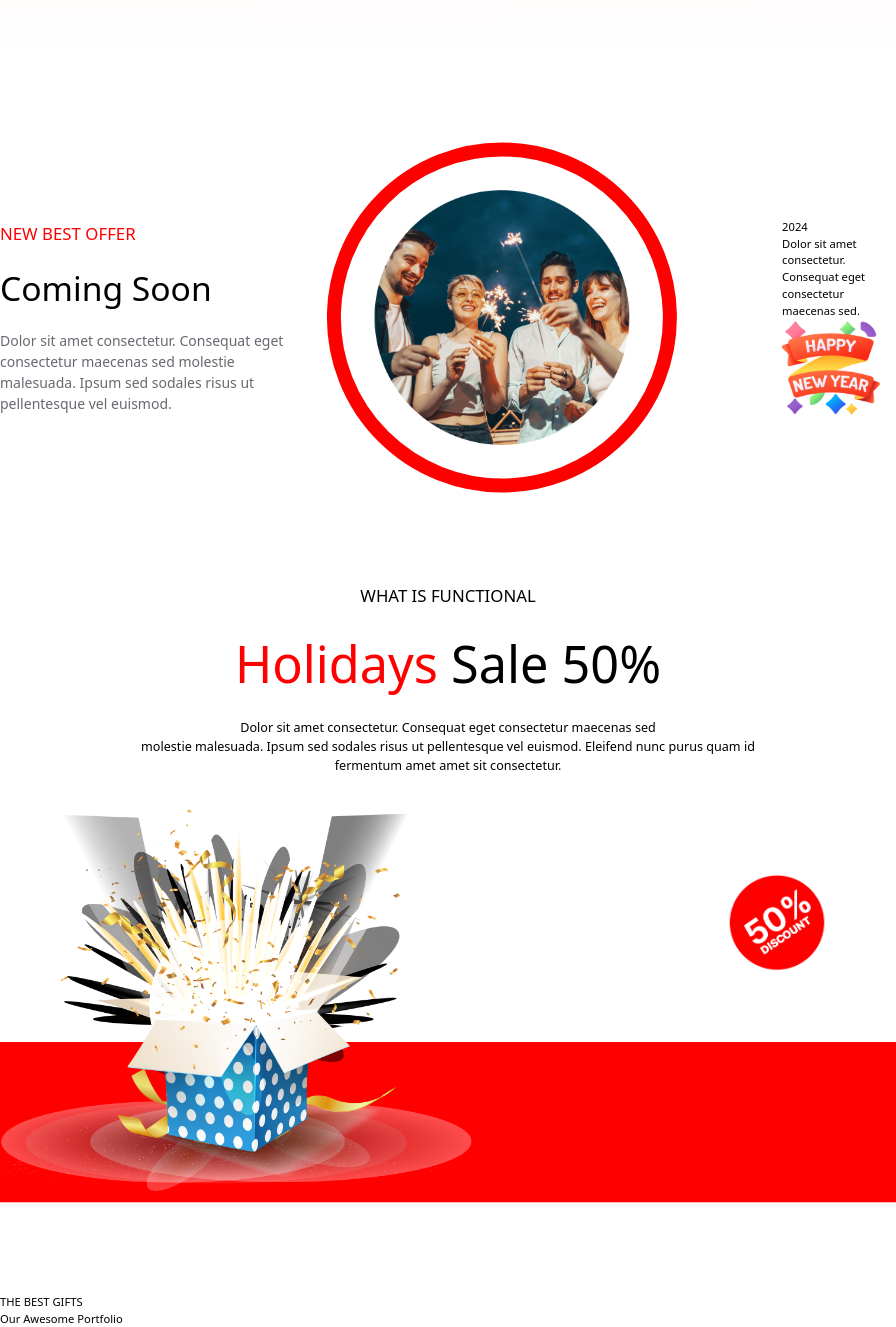
Repository: nahid-hasann/landing-page-1
Page: index.html
An editor plug-in stored every save of this project. The page is shown before and after the next save, followed by the edit.
The browser window is 1280 px wide. The pictures show the part of the page from y = 2821 to 4741 px (the page is 4717 px tall before and 4741 px after), at 70% of full size.
Some web libraries are served in a nearby version.

Above is the page before, as saved 2025-07-09 21:12:15.

After the next save:
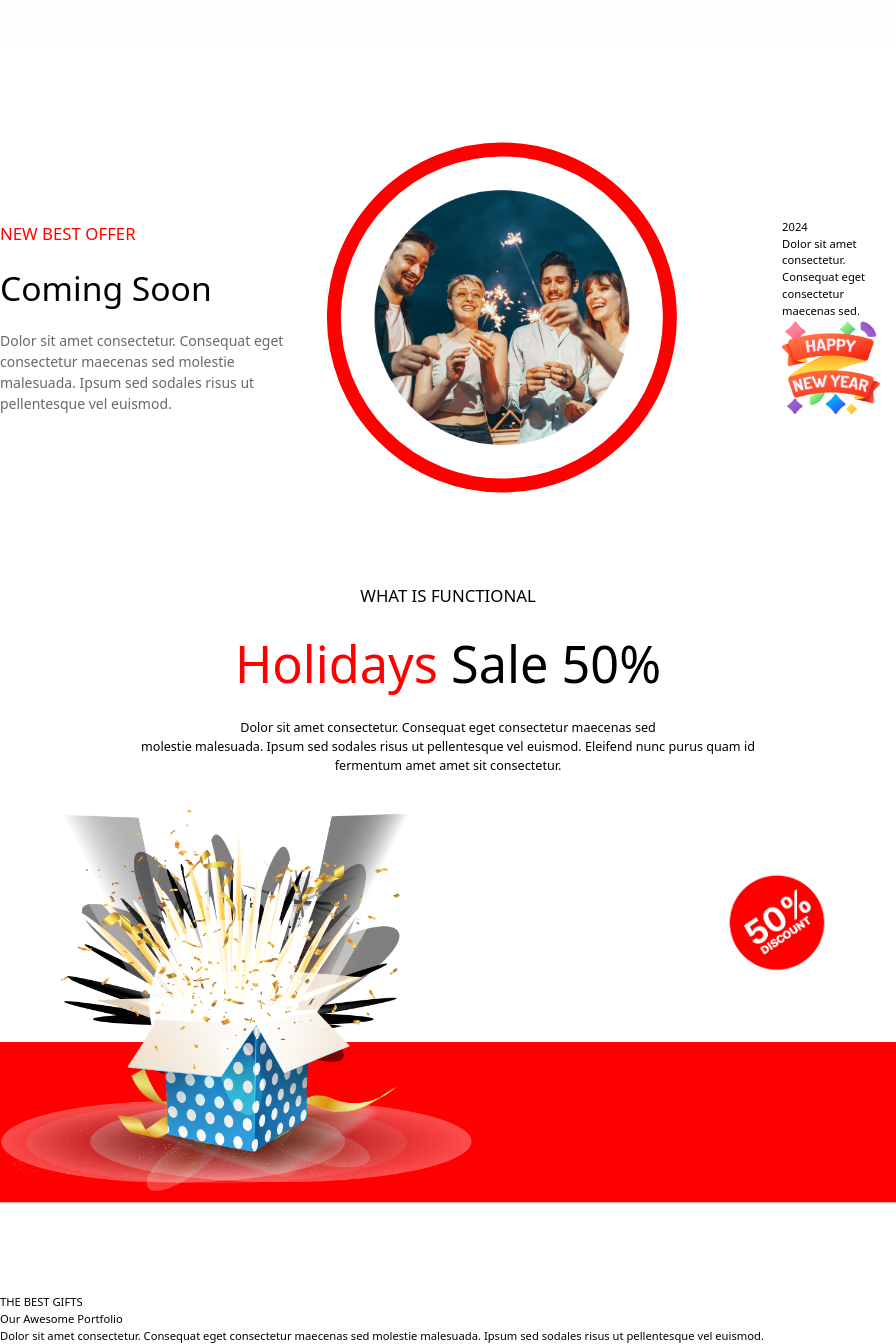
Saved 10 s later.
--- a/index.html
+++ b/index.html
@@ -114,6 +114,7 @@ molestie malesuada. Ipsum sed  sodales risus ut pellentesque vel euismod. Eleife
    <div>
     <p>THE BEST GIFTS</p>
     <h1>Our Awesome Portfolio</h1>
+    <p>Dolor sit amet consectetur. Consequat eget consectetur maecenas sed molestie malesuada. Ipsum sed sodales risus ut pellentesque vel euismod. </p>
    </div>
 
 </section>
